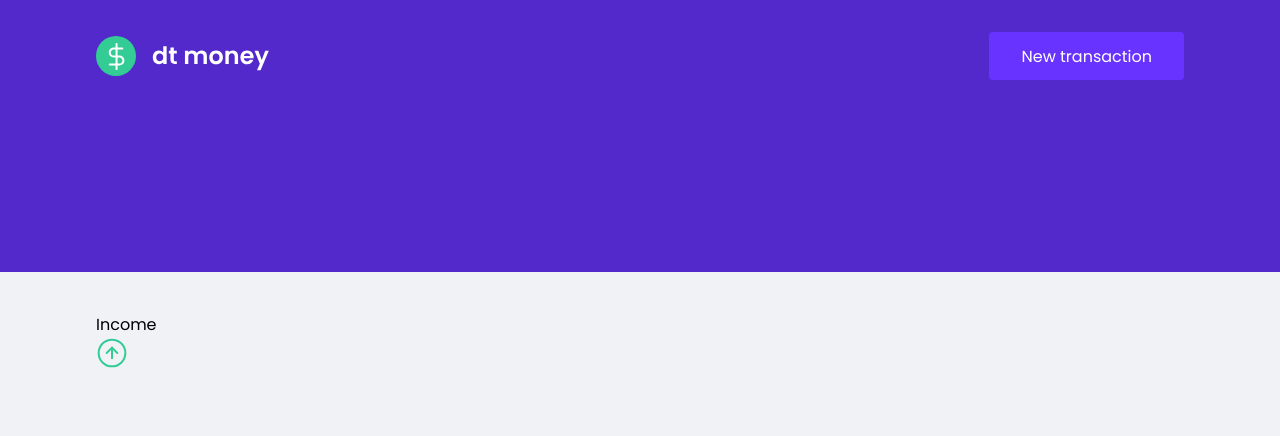
Repository: JoseGu1llardi/dtmoney
Page: /
The author's editor kept a copy of each file at every save. The page is drawn from the files as they stood at one save, then again after the next save.
The browser window is 1280 px wide. The pictures show the whole page.
The project was rebuilt for these pictures with package versions that can differ from the ones it lists, and the page was loaded fresh each time.

Above is the page before, as saved 2022-12-30 14:14:48.

After the next save:
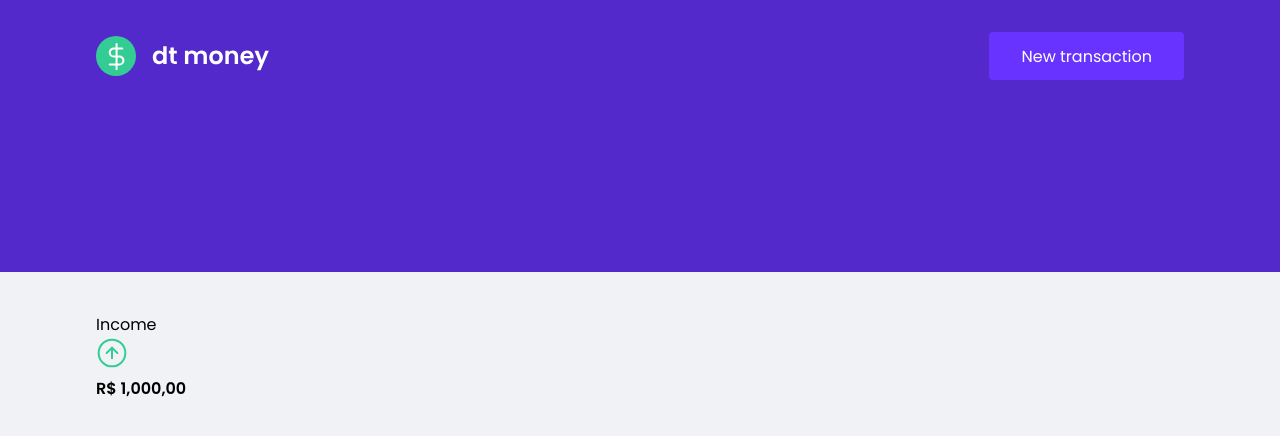
Saved 82 s later.
--- a/src/components/Summary/index.tsx
+++ b/src/components/Summary/index.tsx
@@ -10,6 +10,7 @@ export function Summary() {
                     <p>Income</p>
                     <img src={incomeImg} alt="Logo income" />
                 </header>
+                <strong>R$ 1,000,00</strong>
             </div>
         </Container>
     )
